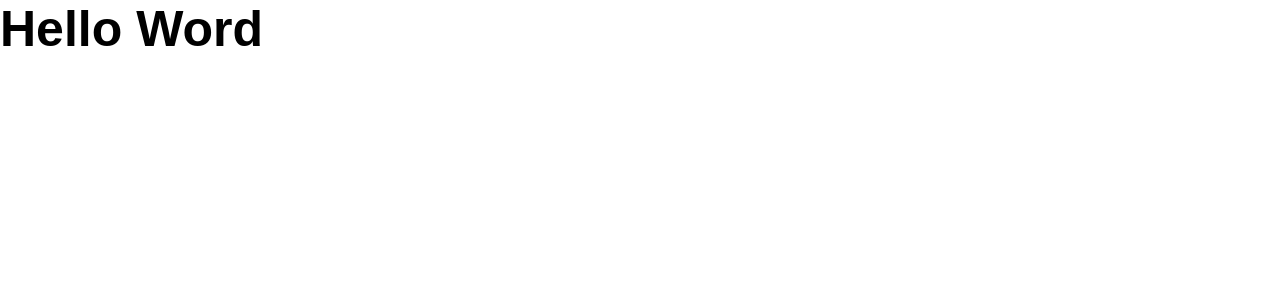
Repository: soualexandre/github-explore
Page: /
An editor plug-in stored every save of this project. The page is shown before and after the next save, followed by the edit.
The browser window is 1280 px wide. The pictures show the whole page.
The project was rebuilt for these pictures with package versions that can differ from the ones it lists, and the page was loaded fresh each time. Also part of the build but not shown: webpack.config.js.

Above is the page before, as saved 2021-07-09 14:31:13.

After the next save:
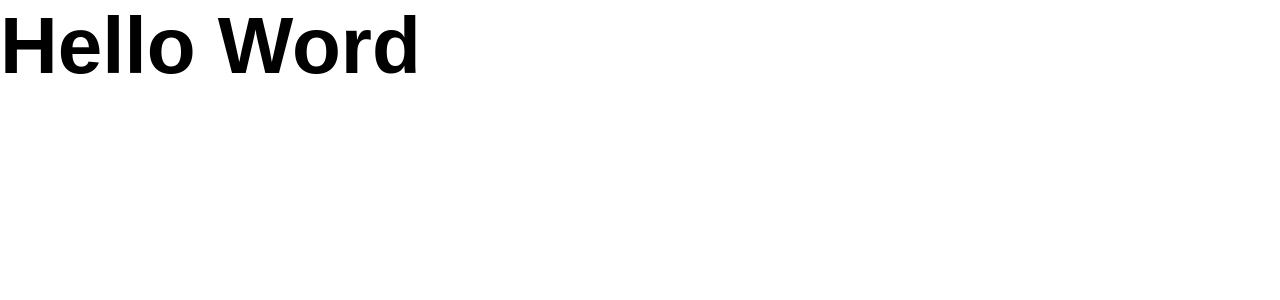
Saved 9 s later.
--- a/src/atyles/global.scss
+++ b/src/atyles/global.scss
@@ -6,6 +6,6 @@
 body{
     font-family: Arial, Helvetica, sans-serif;
     h1{
-        font-size: 50PX;
+        font-size: 80PX;
     }
 }
